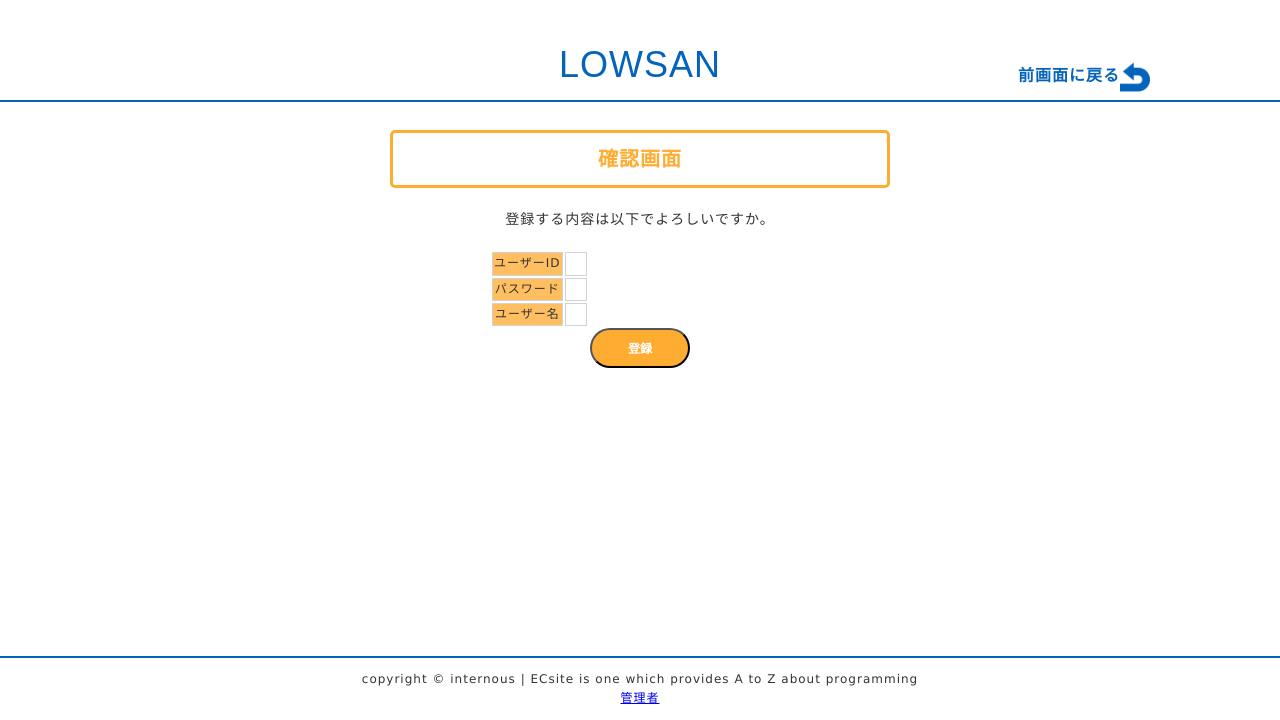
Repository: nishimura0212/myECsite
Page: http://localhost/ecsite/userCreateConfirm.jsp
The author's editor kept a copy of each file at every save. The page is drawn from the files as they stood at one save, then again after the next save.
The browser window is 1280 px wide. The pictures show the whole page.
The page is served by Tomcat 9. Other server files are loaded and not shown.

Above is the page before, as saved 2019-01-19 10:01:52.

### ecsite/WebContent/userCreateConfirm.jsp
<%@ page language="java" contentType="text/html; charset=UTF-8"
    pageEncoding="UTF-8"%>
<%@ taglib prefix="s" uri="/struts-tags" %>
<!DOCTYPE html>
<html>
<head>
<meta http-equiv="Content-Type" content="text/html; charset=UTF-8"/>
<meta http-equiv="Content-Script-Type" content="text/javascript"/>
<meta http-equiv="imagetoolbar" content="no"/>
<meta name="description" content=""/>
<meta name="keywords" content=""/>
<title>確認画面</title>
<link rel="stylesheet" type="text/css" href="css/style.css">
</head>
<body>
	<div id="header">
		<p>LOWSAN</p>
		<div id="header-icon">
			<ul>
				<li class="icon">
					<a href="UserCreateAction">
					前画面に戻る<img src="./img/icon/back.png" width="30px" height="30px">
					</a>
				</li>
			</ul>
		</div>
	</div>
	<div id="main">
		<div id="top">
			<p>確認画面</p>
		</div>
		<div>
			<div class="comment">登録する内容は以下でよろしいですか。</div>
			<div class="center-new">
				<s:form action="UserCreateCompleteAction">
					<table>
						<tr>
							<td class="td-left"><label>ユーザーID</label></td>
							<td class="td-right"><s:property value="loginUserId" escape="false" /></td>
						</tr>
						<tr>
							<td class="td-left"><label>パスワード</label></td>
							<td class="td-right"><s:property value="loginPassword" escape="false" /></td>
						</tr>
						<tr>
							<td class="td-left"><label>ユーザー名</label></td>
							<td class="td-right"><s:property value="userName" escape="false" /></td>
						</tr>
					</table>
					<div>
						<input type="button" value="登録" class="single_btn" />
					</div>
				</s:form>
			</div>
		</div>
	</div>
	<div id="footer">
		<p>copyright &copy; internous | ECsite is one which provides A to Z about programming<br/>
		<a href = '<s:url action="AdminAction"/>'>管理者</a></p>
	</div>

</body>
</html>

### ecsite/WebContent/css/style.css
@CHARSET "UTF-8";

/* bodyレイアウト */
body{
	margin: 0;
	padding: 0;
	height: 100%;
	height: auto;
	line-height: 1.6;
	letter-spacing: 1px;
	font-family: Verdana,Helvetica,sans-serif;
	font-size: 12px;
	color: #333;
	background: #fff;
}

/* headerレイアウト */
#header{
	position: fixed;
	left: 0;
	top: 0;
	z-index: 2;
	width: 100%;
	height: 100px;
	text-align: center;
	background-color: #fff;
	border-bottom: 2px solid #0464bb;
}
#header p{
	color: #0464bb;
	font-family: "メイリオ",sans-serif;
	font-size: 36px;
}
#header-icon{
	position: absolute;
	top: 50px;
	right: 100px;
}
#header-icon .icon{
	float: left;
	margin: 0 auto;
	margin-right: 30px;
	list-style-type: none;
	font-size: 16px;
	font-weight: bold;
}
#header-icon .icon img{
	clear: both;
	vertical-align: middle;
}
#header-icon .icon a{
	color: #0464bb;
	text-decoration:none;
}
.icon:hover{
	cursor: pointer;
}

/* mainレイアウト */
#main{
	position: relative;
	top: 110px;
	width: 100%;
	padding-bottom: 60px;
}

.waku{
	margin-top: 50px;
}

/* 見出しレイアウト */
#top{
	width: 500px;
	margin: 0px auto;
	margin-top: 10px;
	text-align: center;
}
#top p{
	font-size: 20px;
	font-weight: bold;
	border: 3px solid #FFAD32;
	border-radius: 5px;
	color: #FFAD32;
	background-color: #fff;
	padding: 10px 0px;
}

/* tableレイアウト */
.table{
	margin: 0 auto;
	width: 800px;
	font-size: 24px;
	padding: 40px 30px 50px 20px;
	background-color: #FFFDEB;
	color: #FFAD32;
	border-radius: 10px;
}

/* ログイン画面 */
.textarea{
	width: 100%;
	height: 30px;
	font-size: 22px;
	padding-left: 1%;
	border-radius: 15px;
}
input[type="text"]:focus {
	border: 2px solid #FFD493;
	outline: 0;
}
input[type="password"]:focus {
	border: 2px solid #FFD493;
	outline: 0;
}
.error{
	margin: 0 auto;
	width: 500px;
	text-align: center;
}
.error p{
	color: #FF5151;
	font-size: 14px;
}
.single{
	margin-top: 20px;
	text-align: center;
	padding: 20px;
}
.single_btn{
	width: 100px;
	height: 40px;
	padding: 5px;
	background-color: #FFAD32;
	font-size: 12px;
	font-weight: bold;
	color: white;
	border-color: none;
	border-radius: 20px;
}
.single_btn:hover{
	background-color: #F99500;
	cursor: pointer;
}

/* 会員画面 */
.comment{
	text-align: center;
	font-size: 14px;
}
.main-text{
	text-align: center;
	margin-top: 10px;
}
.userButton{
	margin-top: 20px;
	width: 300px;
	height: 100px;
	color: #FFFDEB;
	font-size: 24px;
	background-color: #FFAD32;
	border-radius: 20px;
}
.userButton:hover{
	cursor: pointer;
	background-color: #F99500;
}

/* カテゴリ選択画面 */
.categoryBox{
	margin: 0 auto;
	margin-top: 30px;
	width: 600px;
	text-align: center;
}
.category{
	margin: 0 auto;
	display: inline-block;
	text-align: center;
}
.categoryCircle{
	margin: 0 auto;
	float: left;
}
.circle{
	width: 200px;
	height: 200px;
	margin: 0px 20px 10px 20px;
	border-radius: 50%;
	font-size: 30px;
	border: 5px solid #FFBF60;
	background-color: #FFFDEB;
}
.circle:hover{
	background-color: #FFBF60;
	color: #FFFDEB;
	border: none;
	cursor: pointer;
}
#empty{
	clear: both;
}

/* 商品選択画面 */
.item-wrap{
	width: 700px;
	margin: 30px auto;
	height: 100%;
	padding-bottom: 60px;
}
.itemBox{
	width: 300px;
	height: 250px;
	text-align: center;
	border: 2px dotted gray;
	margin: 20px 20px 20px 20px;
	background-color: #f9fcb6;
}
.itemBox img{
	width: 250px;
	height: 250px;
}
.itemName{
	margin: 0;
	font-size: 15px;
}
.flex-container{
	display: inline-flex;
}

/* 商品購入画面 */
.containerA{
	margin: 0 auto;
	margin-top: 20px;
	margin-right: 50px;
	text-align: center;
}
.left{
	width: 300px;
	height: 300px;
}
.left img{
	width: 100%;
}
.right{
	height: 300px;
	font-size: 20px;
	margin-top: 30px;
	border-collapse: collapse;
}
.td-left{
	text-align: center;
	background-color: #FFBF60;
	border: 1px solid lightgray;
}
.td-right{
	text-align: left;
	padding: 0px 10px;
	border: 1px solid lightgray;
}
.td-submit{
	background-color: #fff;
}
.select{
	width: 50px;
	font-size: 20px;
}
.select:hover{
	cursor: pointer;
}
.block{
	width: 100px;
	display: block;
}

/* 商品購入確認画面 */
.containerB{
	margin: 0 auto;
	margin-left: 150px;
	text-align: center;
}
.button{
	position: relative;
	top: 350px;
	right: 210px;
}
.gray_btn{
	width: 100px;
	height: 40px;
	padding: 5px;
	background-color: #808080;
	font-size: 12px;
	font-weight: bold;
	color: white;
	border-color: none;
	border-radius: 20px;
}
.gray_btn:hover{
	background-color: #666666;
	cursor: pointer;
}

/* 商品購入完了画面 */
.center{
	width: 400px;
	margin: 0 auto;
	margin-top: 50px;
}
.comment p{
	height: 50px;
	line-height: 50px;
	font-size: 16px;
	border: 2px solid gray;
	border-radius: 5px;
}

/* 商品購入履歴画面 */
.history-table{
	margin:0 auto;
	font-size: 16px;
	border-collapse: collapse;
	border: 1px solid lightgray;
	text-align: center;
}
.history-table th{
	border: 1px solid lightgray;
}
.history-table td,.td-img{
	border: 1px solid lightgray;
}
.history-table tr:first-child{
	background-color: #FFBF60;
}
.td-img img{
	width: 100px;
	height: 100px;
}

/* 商品購入画面 */
.pay-method{
	text-align: center;
	font-size: 14px;
}
.pay-method h4{
	margin: 0 auto;
	margin-top: 20px;
	width: 300px;
	border: 2px solid #FFAD32;
	border-radius: 5px;
}

/* 新規会員登録確認画面 */
.center-new{
	margin: 0 auto;
	margin-top: 20px;
	width: 300px;
	text-align: center;
}



.buy-item-button{
	margin: 20px;
	width: 100px;
	height: 50px;
	background-color: #eee;
	border-radius: 20%;
}
.buy-item-button:hover{
	cursor: pointer;
	background-color: #f9fcb6;
}
.pointer:hover{
	cursor: pointer;
}
.button1{
	margin: 0 20px auto;
	float: left;
}
.submit{
	width: 300px;
	height: 400px;
	border-radius: 10%;
	background-color: #f8f8f8;
	font-size: 30px;
}
.submit:hover{
	box-shadow: none;
	background-color: #ffff80;
	cursor: pointer;
}
#text-link{
	display: inline-block;
	text-align: right;
}
#text-right{
	display: inline-block;
	text-align: right;
}
.text-right{
	display: inline-block;
	margin-left: 4%;
}
#wrap{
	margin: 0 40% auto;
}
#left{
	float: left;
	width: 50%;
}
#right{
	float: left;
	width: 50%;
}
.text-center{
	display: inline-block;
	text-align: center;
}
#text{
	clear: left;
	padding-top: 20px;
	width: 780px;
	margin: 30px auto;
}
.text{
	text-align: center;
}
#list{
	border: 2px dotted gray;
	width: 500px;
	height: 100px;
	background-color: lightyellow;
	margin: 30px auto;
}
#list ul li{
	display: inline-block;
	list-style-type: none;
	margin-right: 2em;
}
#button{
	display: inline-block;
	text-align: center;
}
#empty{
	clear: both;
}
.button{
	margin: 0 auto;
	float: left;
	margin-right: 10px;
}
.button:hover{
	cursor: pointer;
}
.category_button{
	margin: 0 auto;
	float: left;
}
.item{
	width: 200px;
	height: 200px;
	margin: 0px 20px 10px 20px;
	border-radius: 50%;
	font-size: 30px;
}





/* footerレイアウト */
#footer{
	clear: both;
	position: fixed;
	left: 0;
	bottom: 0;
	z-index: 2;
	width: 100%;
	background-color: #fff;
	border-top: 2px solid #0464bb;
}
#footer p{
	text-align: center;
}

After the next save:
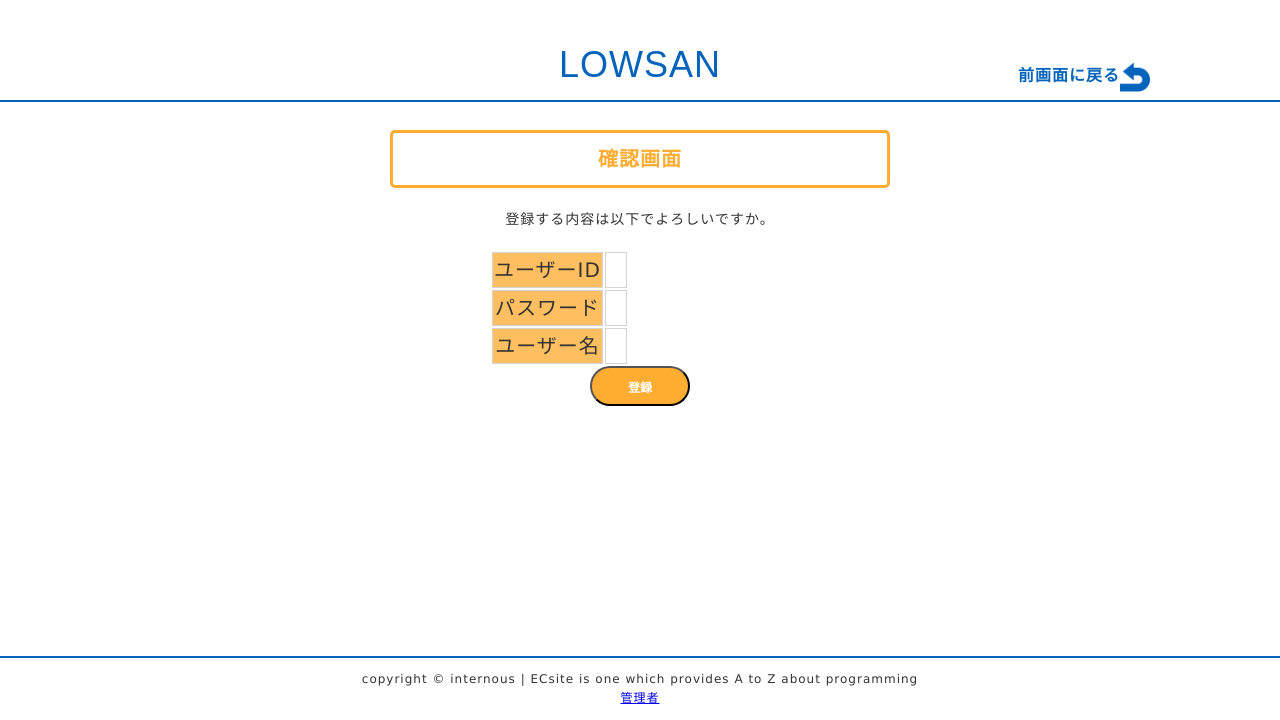
Saved 51 s later.
--- a/ecsite/WebContent/css/style.css
+++ b/ecsite/WebContent/css/style.css
@@ -353,7 +353,10 @@ input[type="password"]:focus {
 	margin: 0 auto;
 	margin-top: 20px;
 	width: 300px;
-	text-align: center;
+	height: 300px;
+	text-align: center;
+	font-size: 20px;
+	border-collapse: collapse;
 }
 
 
